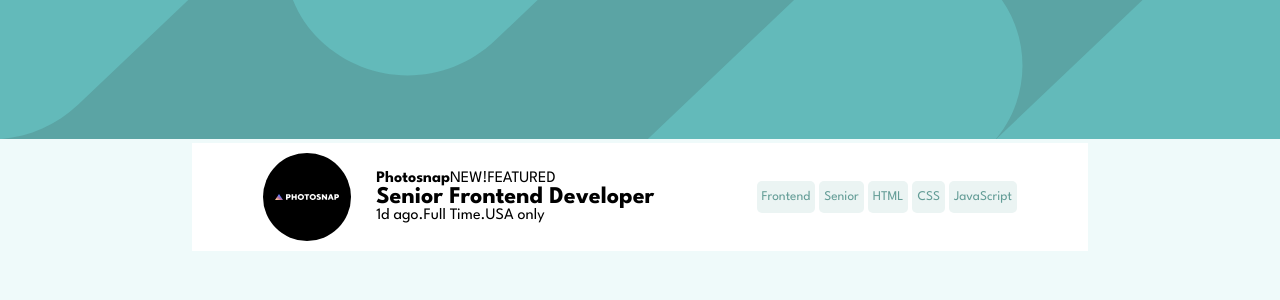
Repository: Eldream12/JobListing
Page: index.html
The author's editor kept a copy of each file at every save. The page is drawn from the files as they stood at one save, then again after the next save.
The browser window is 1280 px wide. The pictures show the whole page.

Above is the page before, as saved 2025-03-31 20:21:52.

### index.html
<!DOCTYPE html>
<html lang="en">
	<head>
		<meta charset="UTF-8" />
		<meta name="viewport" content="width=device-width, initial-scale=1.0" />
		<title>Job Listing</title>
		<link rel="stylesheet" href="style/style.css" />
	</head>

	<body>
		<header>
			<div>
				<img src="Images/bg-header-desktop.svg" alt="NavHeader" />
			</div>
		</header>

		<main>
			<div class="content-carrier">
				<div class="content">
					<div class="ctn">
						<img src="Images/photosnap.svg" alt="photosnap" />
						<div class="content-text">
							<div class="txt-1">
								<h4>Photosnap</h4>
								<p>NEW!</p>
								<p>FEATURED</p>
							</div>
							<div class="txt-2">
								<h2>Senior Frontend Developer</h2>
							</div>
							<div class="txt-3">
								<p>1d ago</p>
								<p>.</p>
								<p>Full Time</p>
								<p>.</p>
								<p>USA only</p>
							</div>
						</div>
					</div>

					<div class="btn">
						<button>Frontend</button>
						<button>Senior</button>
						<button>HTML</button>
						<button>CSS</button>
						<button>JavaScript</button>
					</div>
				</div>
			</div>
		</main>
		<footer></footer>
	</body>
</html>

### style/style.css
@import url("https://fonts.googleapis.com/css2?family=League+Spartan:wght@100..900&display=swap");

* {
	font-family: League Spartan;
	margin: 0;
	padding: 0;
	box-sizing: border-box;
}

html body {
	background-color: hsl(180, 52%, 96%);
}

header img {
	width: 100%;
	background-color: hsl(180, 29%, 50%);
}

.content-carrier .content {
	display: flex;
	background-color: #ffffff;
	align-items: center;
	justify-content: space-around;
	max-width: 70%;
	margin: auto;
  padding: 10px 20px 10px 20px;
}

.content-carrier .content .txt-1 {
	display: flex;
}

.content-carrier .content .txt-3 {
	display: flex;
}

.content-carrier .content .ctn {
	display: flex;
	align-items: center;
}

.content .ctn img {
  margin-right: 25px;
}

.content .btn button {
  background-color:  #ebf4f3;
	border: none;
	padding: 10px 5px 10px 5px;
	border-radius: 5px;
	color: #649d97;
	font-weight: 400;
}

After the next save:
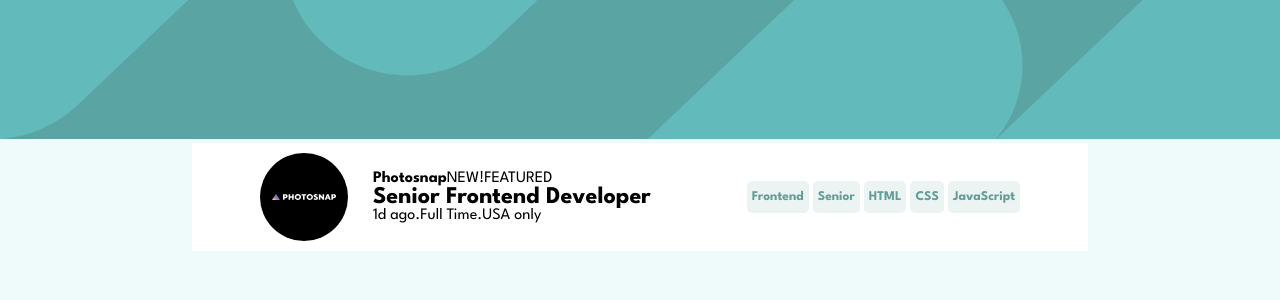
Saved 8 s later.
--- a/style/style.css
+++ b/style/style.css
@@ -49,5 +49,5 @@ header img {
 	padding: 10px 5px 10px 5px;
 	border-radius: 5px;
 	color: #649d97;
-	font-weight: 400;
+	font-weight: 700;
 }
